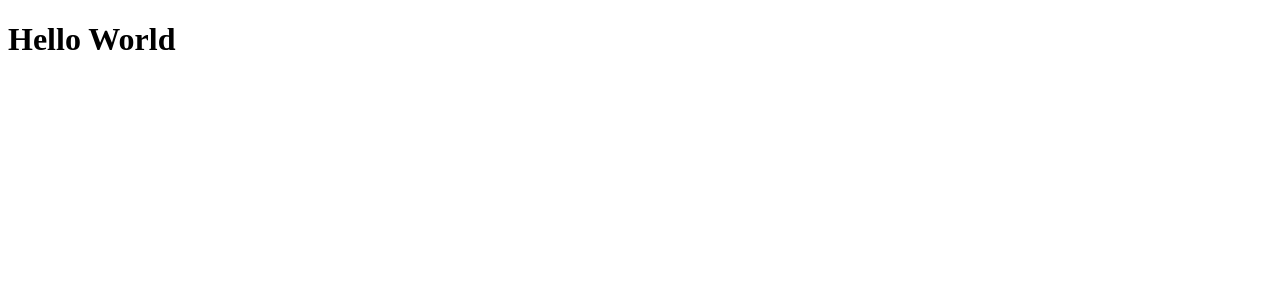
Repository: SamarthKapdi/Java_Projects
Page: http://localhost/Dynamic-web-project/
An editor plug-in stored every save of this project. The page is shown before and after the next save, followed by the edit.
The browser window is 1280 px wide. The pictures show the whole page.
The page is served by Tomcat 9.

Above is the page before, as saved 2025-07-10 13:11:13.

After the next save:
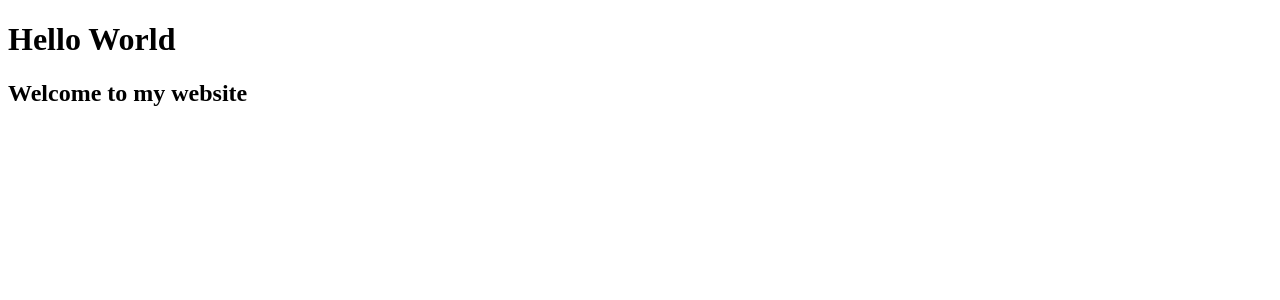
Saved 2 min 2 s later.
--- a/jsp-servlet/Dynamic-web-project/src/main/webapp/index.jsp
+++ b/jsp-servlet/Dynamic-web-project/src/main/webapp/index.jsp
@@ -9,6 +9,7 @@
 <body>
 
 	<h1>Hello World</h1>
+	<h2>Welcome to my website</h2>
 
 </body>
 </html>
